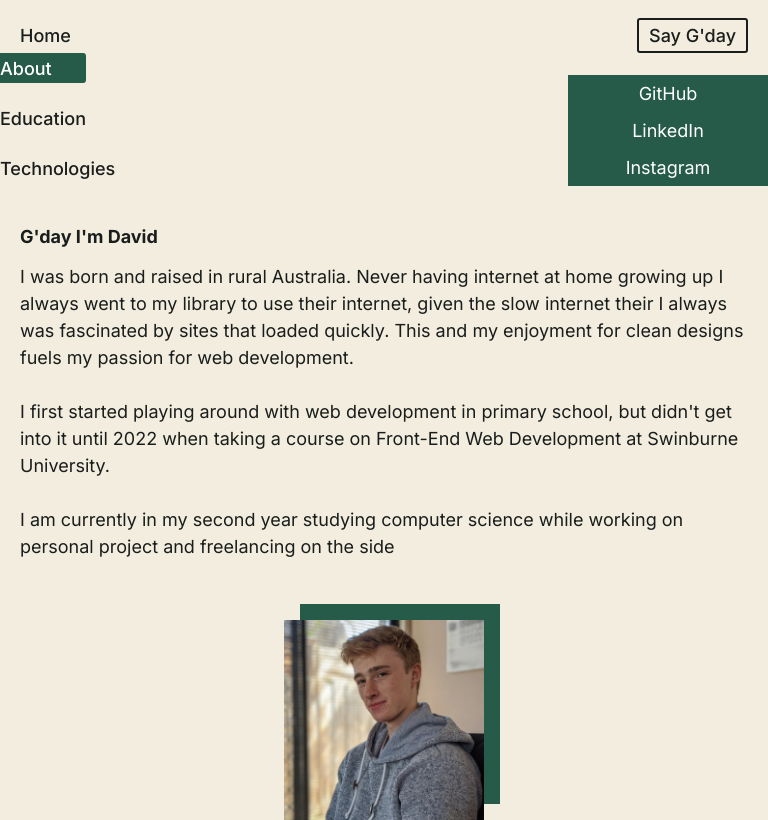
Repository: David-Waite/David-Waite-Portfolio
Page: /about
The author's editor kept a copy of each file at every save. The page is drawn from the files as they stood at one save, then again after a run of saves.
The browser window is 768 px wide. The pictures show the whole page.
The project was rebuilt for these pictures with package versions that can differ from the ones it lists, and the page was loaded fresh each time. The framework's server and built-in components were replaced by stand-ins that run in the browser. Also part of the build but not shown: next.config.js.

Above is the page before, as saved 2023-07-27 13:00:19.

After the next 2 saves:
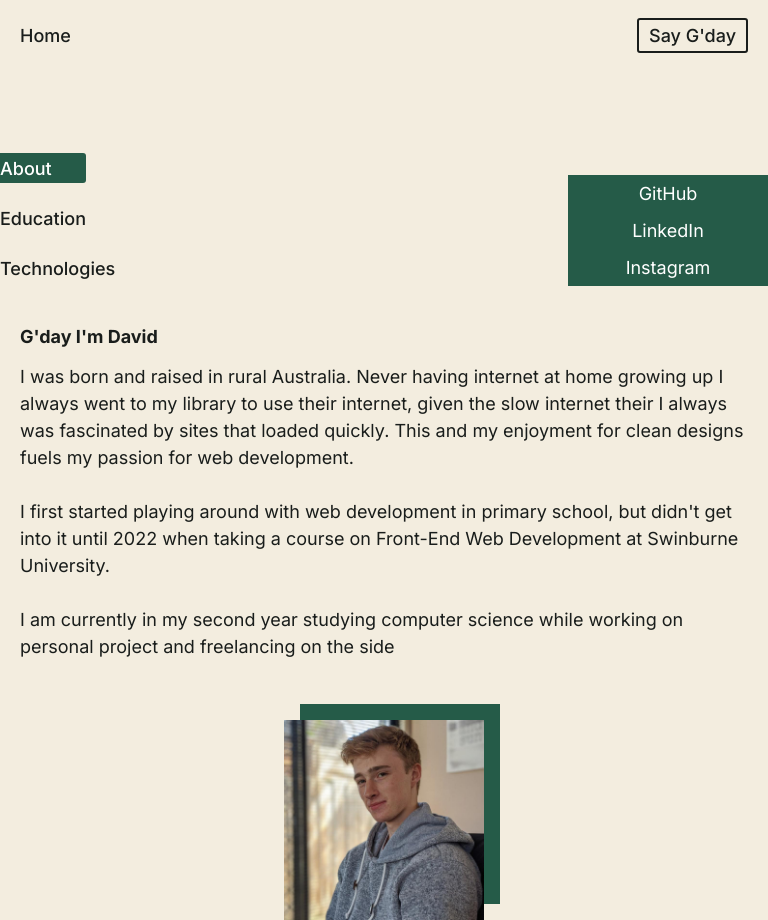
The 2 saves are shown as one change because they came seconds apart.
The last was saved 8 s later.
--- a/app/about/page.module.css
+++ b/app/about/page.module.css
@@ -191,7 +191,7 @@
     align-items: center;
     justify-content: space-between;
     width: 100vw;
-    margin: 150px 0 40px;
+    margin: 350px 0 40px;
   }
 }
 
